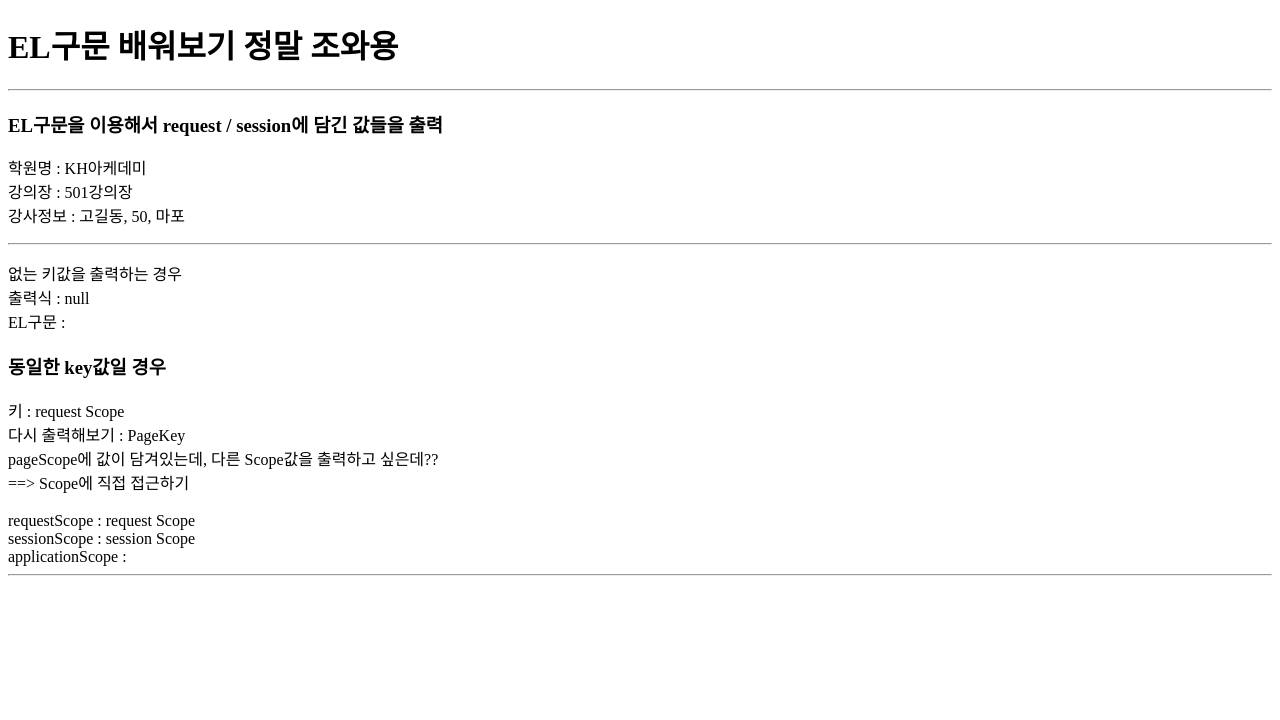
Repository: ghksl0204-shapa/dynamic-web
Page: http://localhost/ActionProject/el.do
An editor plug-in stored every save of this project. The page is shown before and after the next save, followed by the edit.
The browser window is 1280 px wide. The pictures show the whole page.
The page is served by Tomcat 9.

Above is the page before, as saved 2026-05-06 06:23:08.

After the next save:
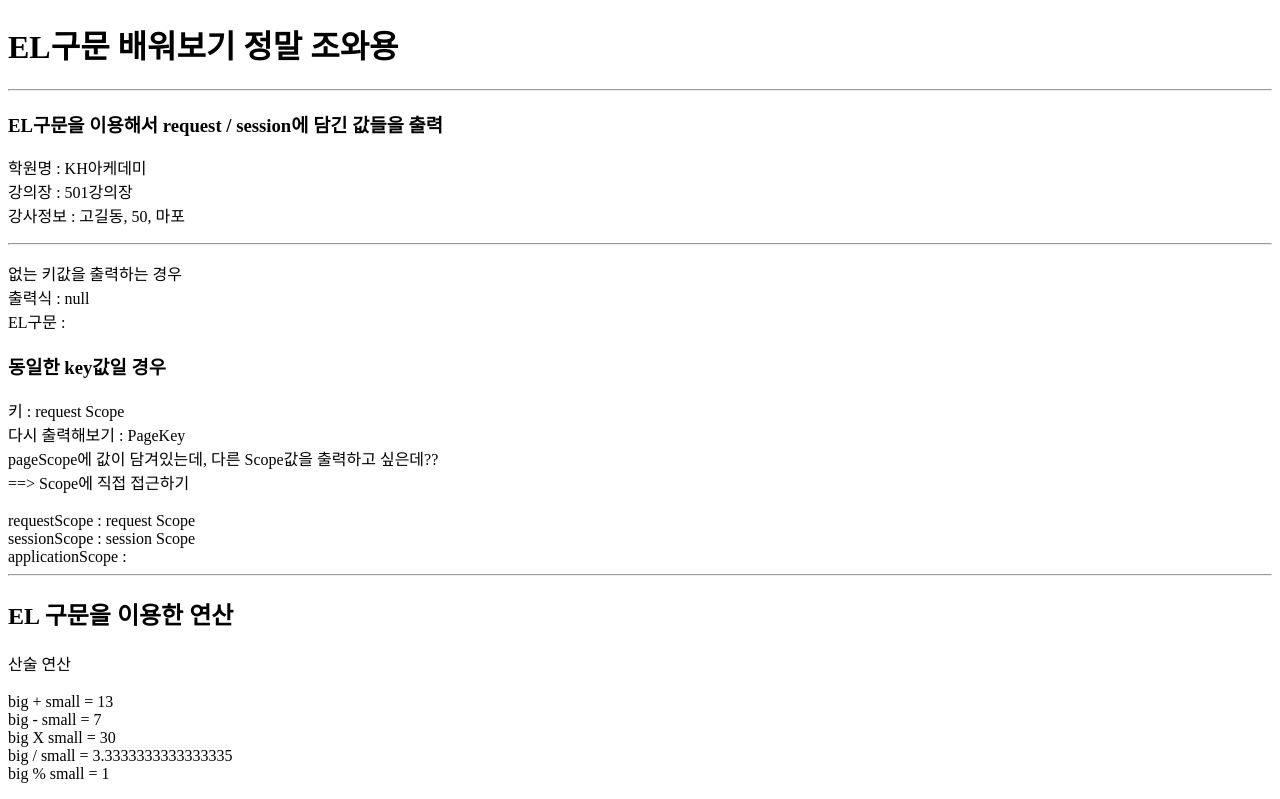
Saved 3 min 22 s later.
--- a/ActionProject/src/main/webapp/WEB-INF/views/01_el.jsp
+++ b/ActionProject/src/main/webapp/WEB-INF/views/01_el.jsp
@@ -90,7 +90,17 @@
 
 	 <hr>
 
+	 <h2>EL 구문을 이용한 연산</h2>
 
+	 <p>
+	 	산술 연산 <br><br>
+
+	 	big + small = ${ big + small }<br>
+	 	big - small = ${ big - small }<br>
+	 	big X small = ${ big * small }<br>
+	 	big / small = ${ big / small }<br>
+	 	big % small = ${ big % small }<br>
+	 </p>
 
 
 
